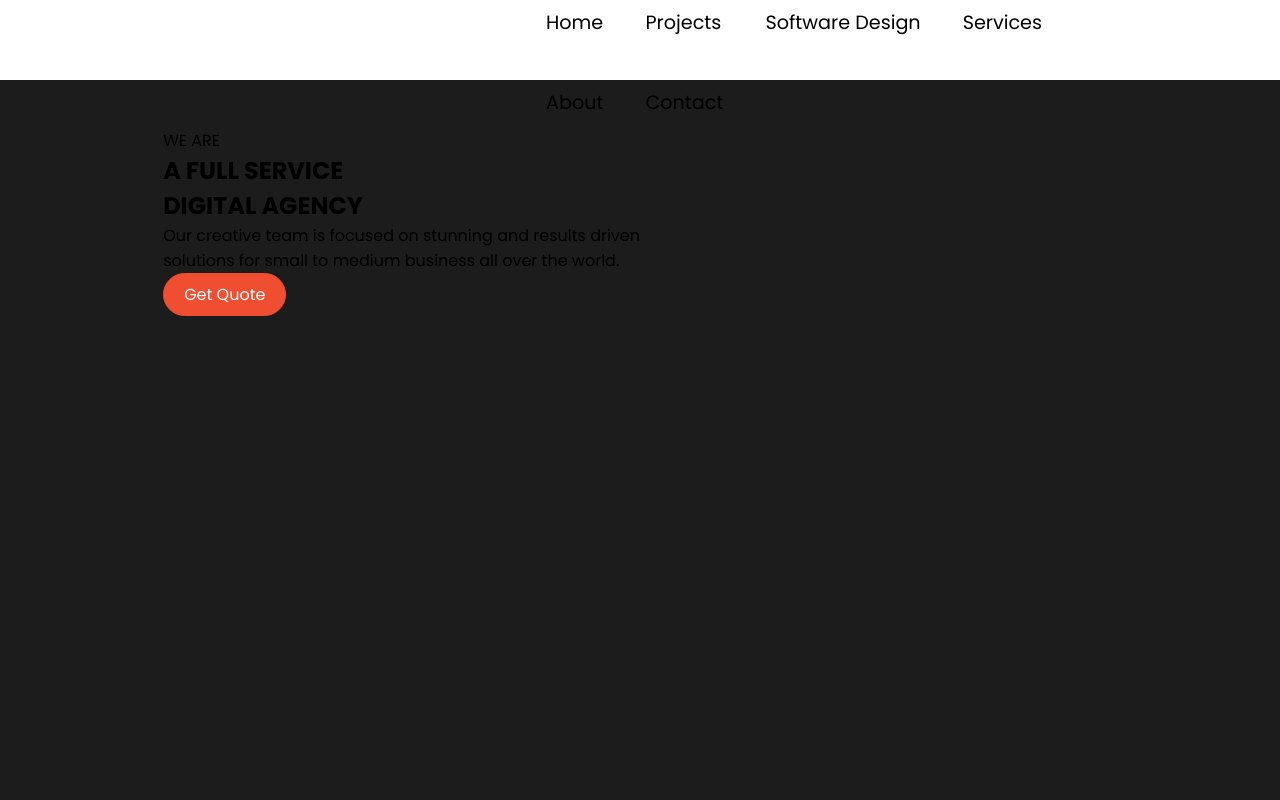
Repository: gopalpurohit54/one5
Page: /
These files come from the project's save history. The page is drawn as it stood at one moment and after the next save; the edit follows.
The browser window is 1280 px wide. The pictures show the whole page.
The project was rebuilt for these pictures with package versions that can differ from the ones it lists, and the page was loaded fresh each time.

Above is the page before, as saved 2021-06-11 14:04:08.

After the next save:
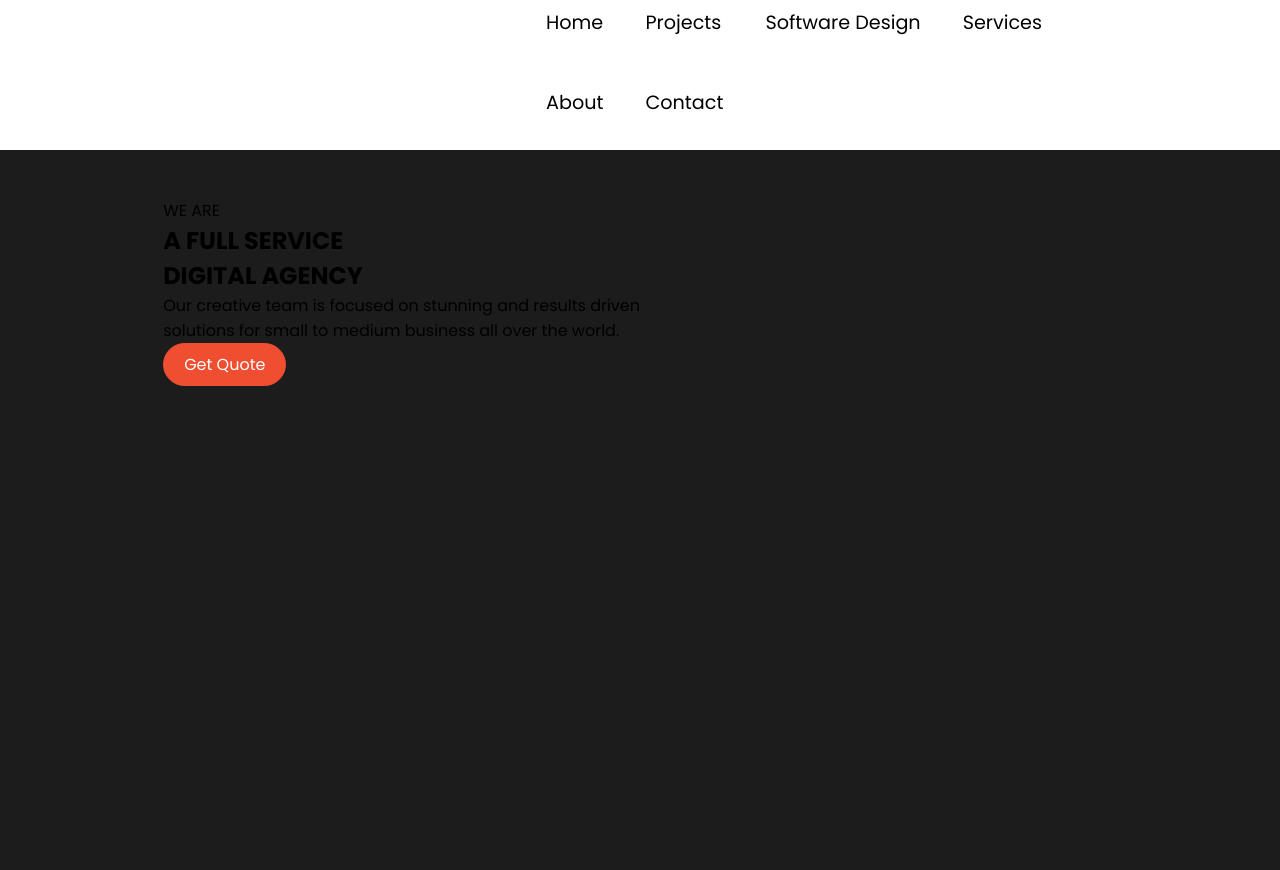
Saved 30 s later.
--- a/src/components/navbar.css
+++ b/src/components/navbar.css
@@ -4,7 +4,7 @@
 
 .navbar {
     background: transparent;
-    height: 80px;
+    /* height: 80px; */
     display: flex;
     justify-content: center;
     font-size: 1.2rem;

After the save that followed:
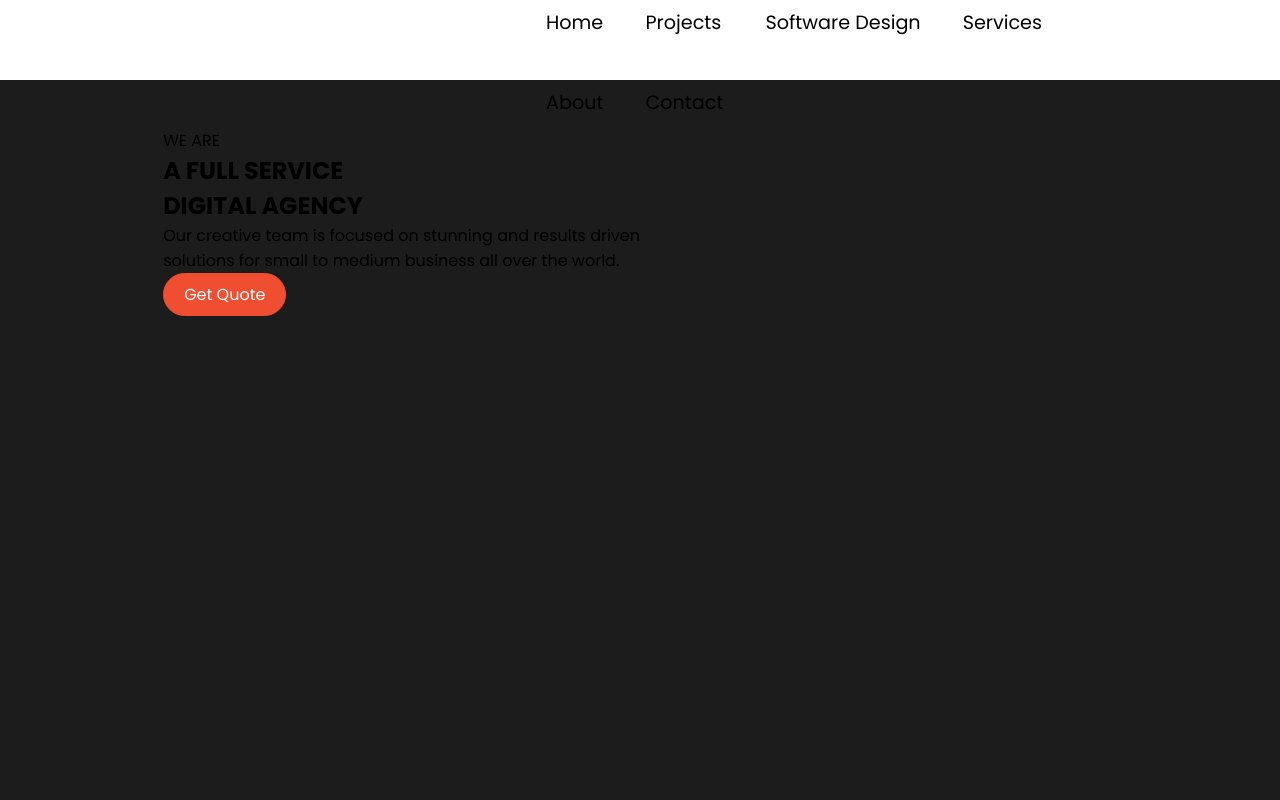
Saved 11 s later.
--- a/src/components/navbar.css
+++ b/src/components/navbar.css
@@ -4,7 +4,7 @@
 
 .navbar {
     background: transparent;
-    /* height: 80px; */
+    height: 80px;
     display: flex;
     justify-content: center;
     font-size: 1.2rem;
